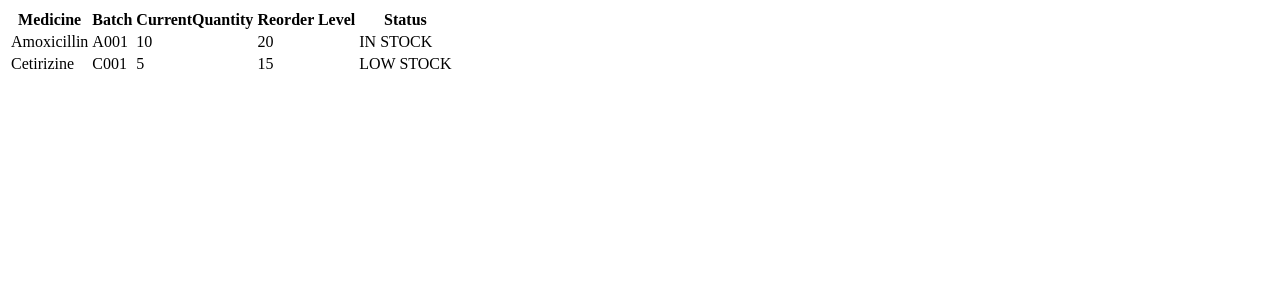
Repository: AbHiShEk200428/Medicine-Manager
Page: low_stock.html
The author's editor kept a copy of each file at every save. The page is drawn from the files as they stood at one save, then again after a run of saves.
The browser window is 1280 px wide. The pictures show the whole page.

Above is the page before, as saved 2026-10-28 20:31:43.

After the next 2 saves:
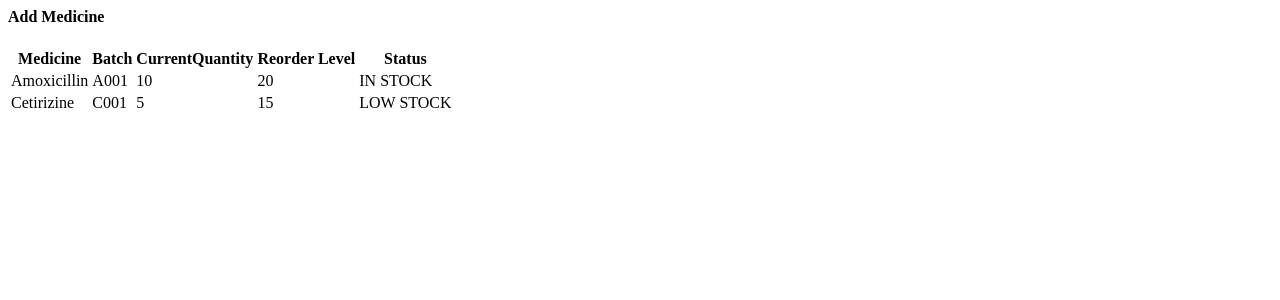
The 2 saves are shown as one change because they came seconds apart.
The last was saved 53 s later.
--- a/low_stock.html
+++ b/low_stock.html
@@ -1,3 +1,5 @@
+    <h4 class="mb-3 text-primary">Add Medicine</h4>
+
     <div class="table-responsive">
         <table id="Inventory_Table" class="table table-hover text-center text-nowrap table-bordered align-middle">
             <thead class="table-dark">

After the save that followed:
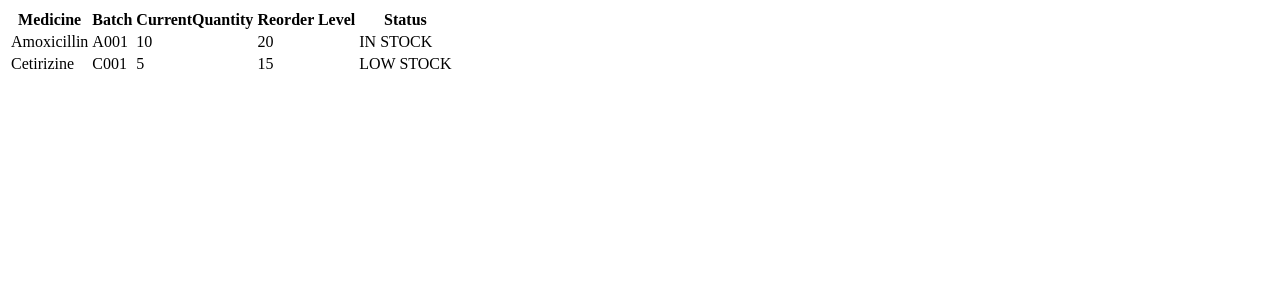
Saved 8 s later.
--- a/low_stock.html
+++ b/low_stock.html
@@ -1,4 +1,4 @@
-    <h4 class="mb-3 text-primary">Add Medicine</h4>
+    <h4 class="mb-3 text-primary"></h4>
 
     <div class="table-responsive">
         <table id="Inventory_Table" class="table table-hover text-center text-nowrap table-bordered align-middle">
